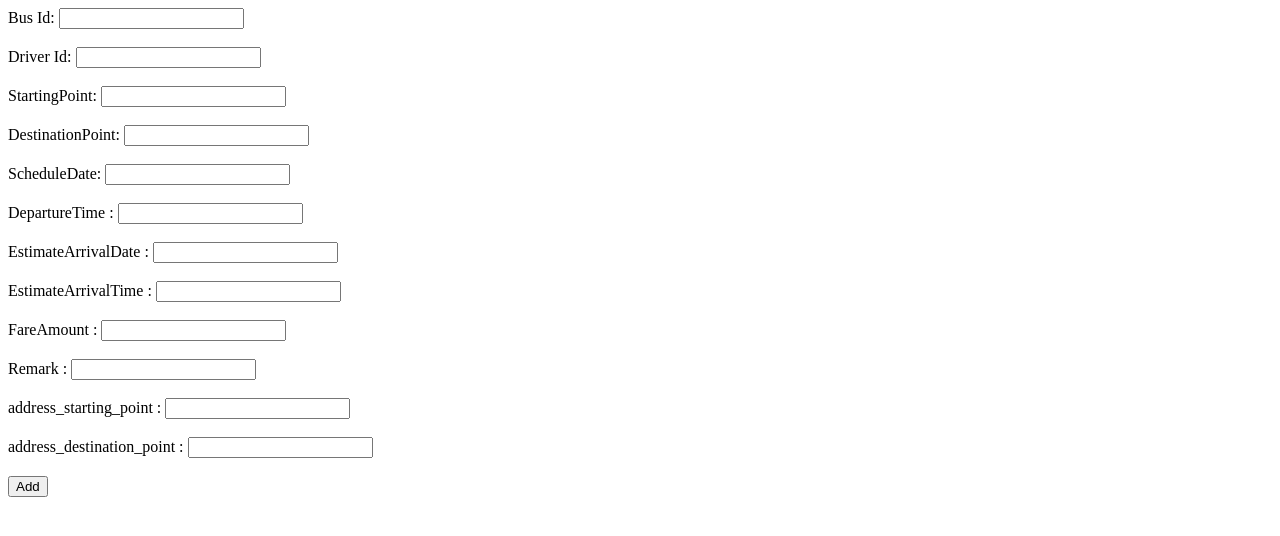
Repository: gummabhargavi/DynWebEjBPoject-AND-server
Page: DynWebEjbBusProject/WebContent/AddTravel.html
An editor plug-in stored every save of this project. The page is shown before and after the next save, followed by the edit.
The browser window is 1280 px wide. The pictures show the whole page.

Above is the page before, as saved 2022-12-07 08:48:23.

After the next save:
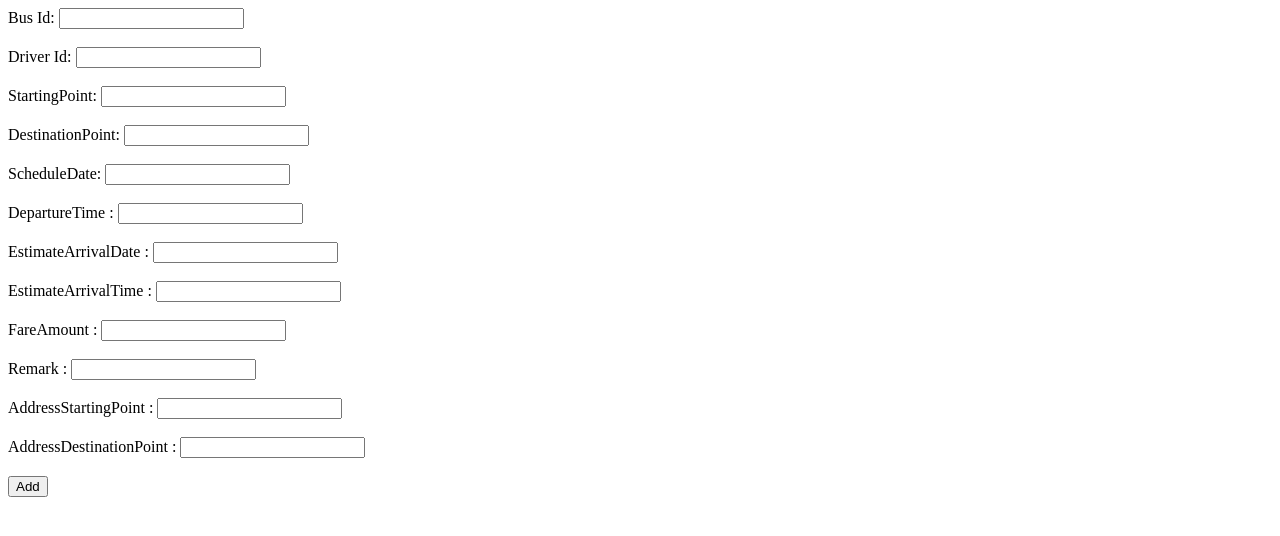
Saved 34 s later.
--- a/DynWebEjbBusProject/WebContent/AddTravel.html
+++ b/DynWebEjbBusProject/WebContent/AddTravel.html
@@ -26,9 +26,9 @@
             <input type="text" name="fare_amount"><br/><br/>
          Remark :
              <input type="text" name="remark"><br/><br/>
-         address_starting_point :
+         AddressStartingPoint :
              <input type="text" name="address_starting_point"><br/><br/>
-         address_destination_point :
+         AddressDestinationPoint :
              <input type="text" name="address_destination_point"><br/><br/>
         <input type="submit" value="Add">
       </form>
